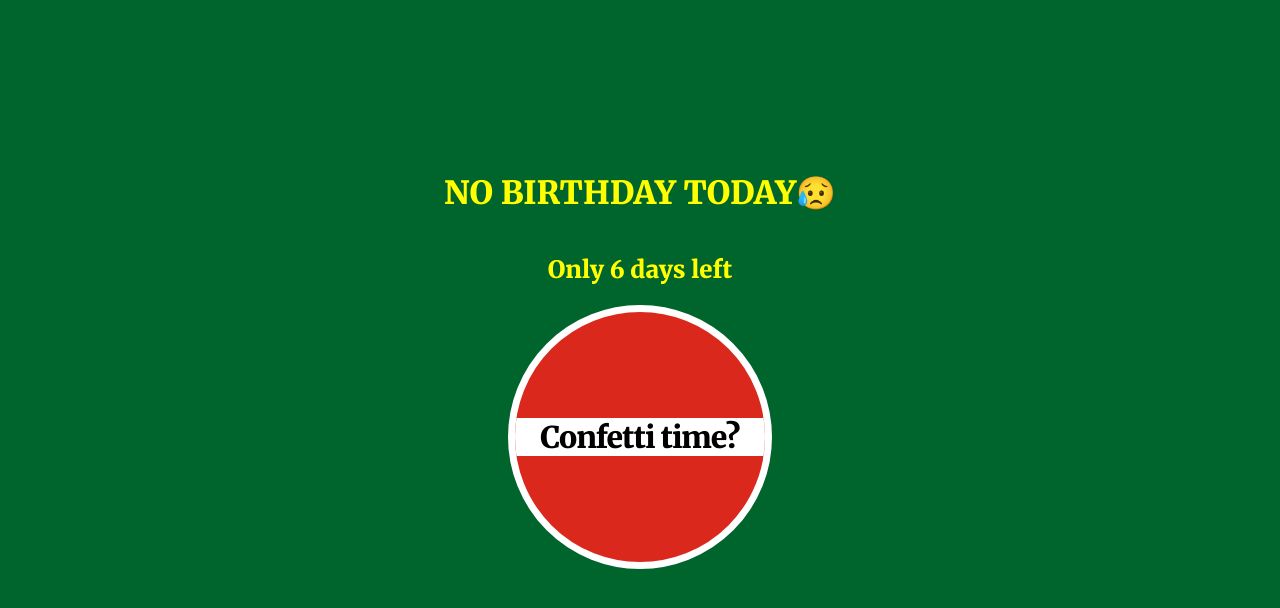
Repository: David-Waite/HannahsBirthdayWebsite
Page: /
These files come from the project's save history. The page is drawn as it stood at one moment and after a run of saves; the edit follows.
The browser window is 1280 px wide. The pictures show the whole page.
The project was rebuilt for these pictures with package versions that can differ from the ones it lists, and the page was loaded fresh each time.

Above is the page before, as saved 2023-03-30 18:34:37.

### public/index.html
<!DOCTYPE html>
<html lang="en">
  <head>
    <meta charset="utf-8" />
    <link rel="icon" href="%PUBLIC_URL%/favicon.ico" />
    <meta name="viewport" content="width=device-width, initial-scale=1" />
    <meta name="theme-color" content="#000000" />
    <meta
      name="description"
      content="Web site created using create-react-app"
    />
    <link rel="apple-touch-icon" href="%PUBLIC_URL%/logo192.png" />
    <!--
      manifest.json provides metadata used when your web app is installed on a
      user's mobile device or desktop. See https://developers.google.com/web/fundamentals/web-app-manifest/
    -->
    <link rel="manifest" href="%PUBLIC_URL%/manifest.json" />
    <!--
      Notice the use of %PUBLIC_URL% in the tags above.
      It will be replaced with the URL of the `public` folder during the build.
      Only files inside the `public` folder can be referenced from the HTML.

      Unlike "/favicon.ico" or "favicon.ico", "%PUBLIC_URL%/favicon.ico" will
      work correctly both with client-side routing and a non-root public URL.
      Learn how to configure a non-root public URL by running `npm run build`.
    -->
    <link rel="preconnect" href="https://fonts.googleapis.com" />
    <link rel="preconnect" href="https://fonts.gstatic.com" crossorigin />
    <link
      href="https://fonts.googleapis.com/css2?family=Merriweather:wght@900&display=swap"
      rel="stylesheet"
    />
    <title>Hannah's Birthday?</title>
  </head>
  <body>
    <noscript>You need to enable JavaScript to run this app.</noscript>
    <div id="root"></div>
    <!--
      This HTML file is a template.
      If you open it directly in the browser, you will see an empty page.

      You can add webfonts, meta tags, or analytics to this file.
      The build step will place the bundled scripts into the <body> tag.

      To begin the development, run `npm start` or `yarn start`.
      To create a production bundle, use `npm run build` or `yarn build`.
    -->
  </body>
</html>

### src/index.css
body {
  margin: 0;
  font-family: "Merriweather", serif;
  -webkit-font-smoothing: antialiased;
  -moz-osx-font-smoothing: grayscale;
}

.App {
  width: 100vw;
  height: 100vh;
  display: flex;
  flex-direction: column;
  align-items: center;
  justify-content: center;
  background-color: #00642d;
  color: rgb(255, 255, 0);
}

.buttonCon {
  display: flex;
  align-items: center;
  justify-content: center;
  height: 250px;
  width: 250px;
  overflow: hidden;
  background-color: #da291c;
  border-radius: 50%;
  border: 7px solid white;
  cursor: pointer;
}
.buttonCon p {
  border: none;
  width: 100%;
  background-color: white;
  color: black;
  font-weight: bold;
  font-size: 30px;
  padding: 0;
  letter-spacing: -1px;
}

.buttonCon:hover {
  background-color: #a31f15;
}

### src/App.js
import "./App.css";

import Confetti from "react-confetti";

import { useState } from "react";

function App() {
  const [confetti, setConfetti] = useState(null);
  const [buttonText, setButtonText] = useState("Confetti time?");
  function isBirthdayToday() {
    const date = new Date();
    if (date.getMonth() === 3 && date.getDate() === 5) {
      return true;
    }
    return false;
  }

  function rainConfetti() {
    if (isBirthdayToday()) {
      setConfetti(true);
      setButtonText("Confetti time!");
    } else {
      setButtonText("no");
    }
  }

  function getDaysUntilBirthday() {
    const date = new Date();
    const hannahBday = new Date(date.getFullYear(), 3, 5);
    const hannahBdayNextYear = new Date(date.getFullYear() + 1, 3, 5);
    const oneDay = 1000 * 60 * 60 * 24;

    let daysUntilBirthday;
    if (hannahBday < date) {
      daysUntilBirthday =
        Math.ceil(hannahBdayNextYear.getTime() - date.getTime()) / oneDay;
    } else {
      daysUntilBirthday =
        Math.ceil(hannahBday.getTime() - date.getTime()) / oneDay;
    }

    return daysUntilBirthday;
  }

  // 5th april
  let birthdayText;
  if (isBirthdayToday()) {
    birthdayText = <h1>Happy birthday!🥳</h1>;
  } else {
    birthdayText = (
      <>
        <h1>NO BIRTHDAY TODAY😥</h1>
        <h2>Only {Math.ceil(getDaysUntilBirthday())} days left</h2>
      </>
    );
  }
  console.log(isBirthdayToday());
  const date = new Date();

  return (
    <div className="App">
      {confetti && <Confetti />}

      {birthdayText}
      <div className="buttonCon">
        <p onClick={rainConfetti}>{buttonText}</p>
      </div>
    </div>
  );
}

export default App;

Loaded but not shown: src/index.js (common file); src/reportWebVitals.js (common file); src/App.css (common file)

After the next 2 saves:
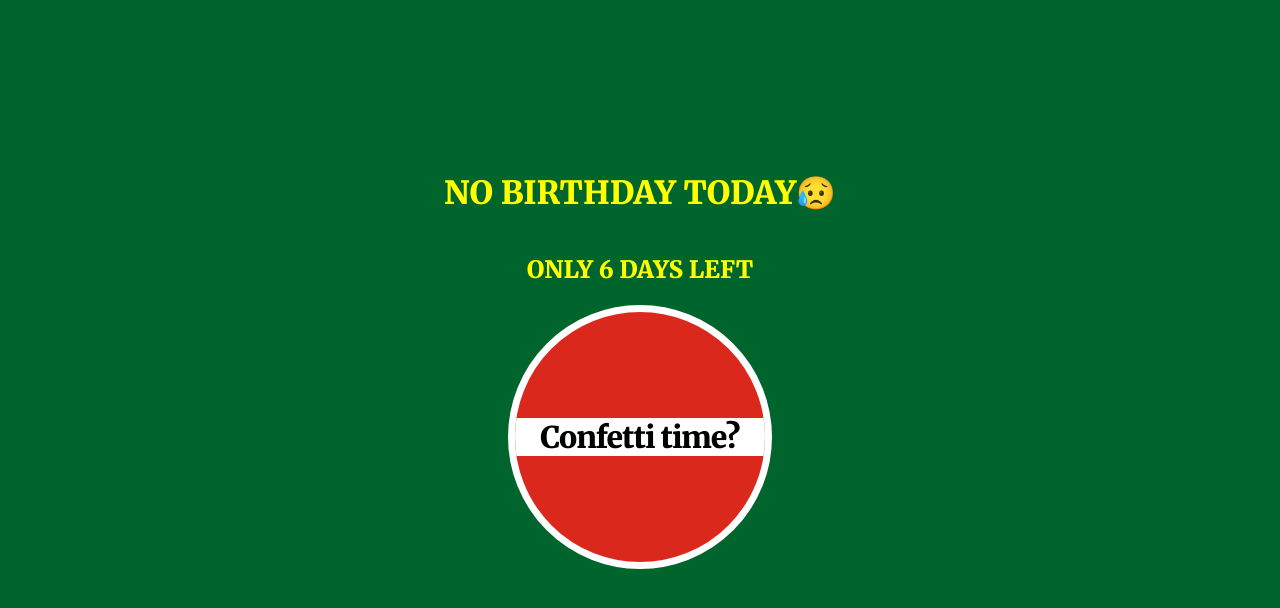
The 2 saves are shown as one change because they came seconds apart.
The last was saved 18 s later.
--- a/src/App.js
+++ b/src/App.js
@@ -50,7 +50,7 @@ function App() {
     birthdayText = (
       <>
         <h1>NO BIRTHDAY TODAY😥</h1>
-        <h2>Only {Math.ceil(getDaysUntilBirthday())} days left</h2>
+        <h2>ONLY {Math.ceil(getDaysUntilBirthday())} DAYS LEFT</h2>
       </>
     );
   }
